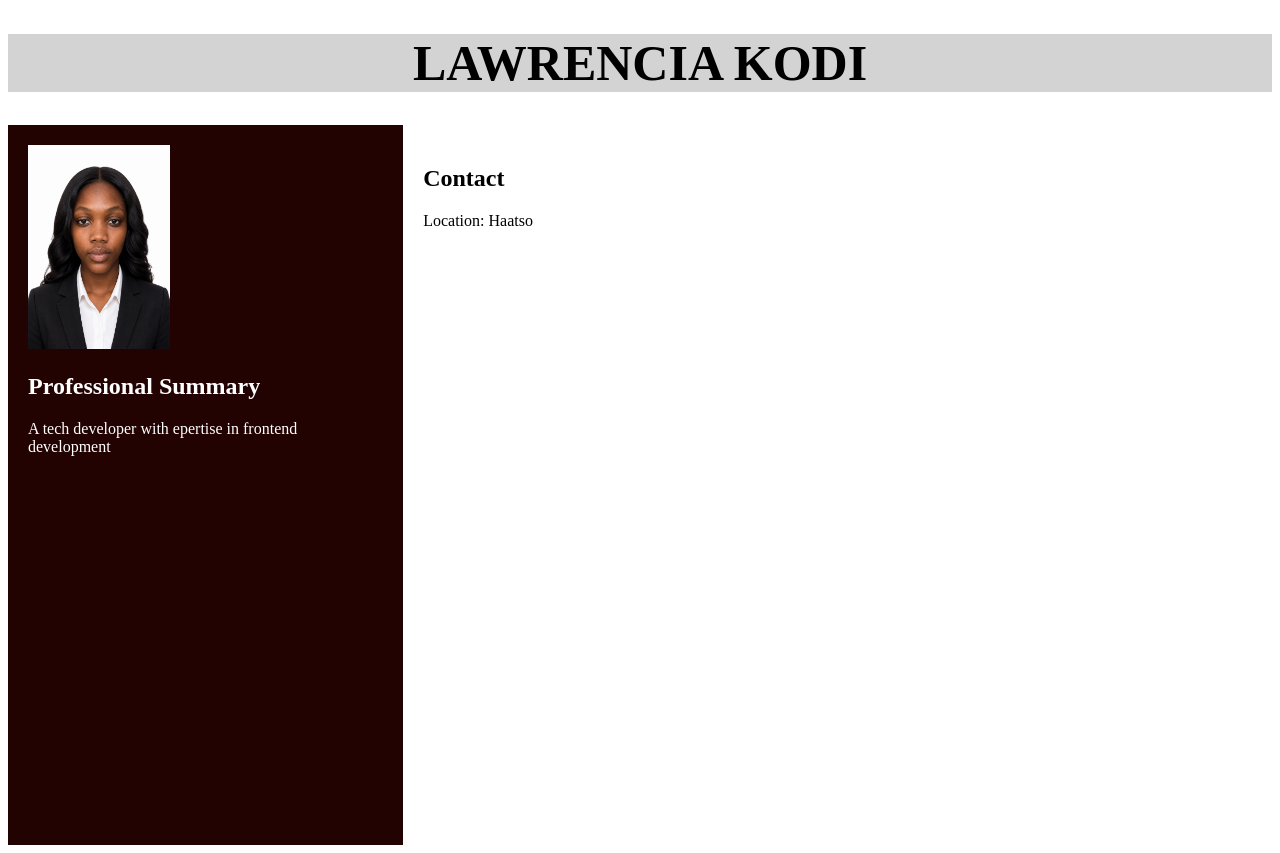
Repository: lawrencia-coder/T4G_CV
Page: index.html
An editor plug-in stored every save of this project. The page is shown before and after a run of saves, followed by the edit.
The browser window is 1280 px wide. The pictures show the whole page.
Some web libraries are served in a nearby version.

Above is the page before, as saved 2026-07-09 08:02:04.

After the next 3 saves:
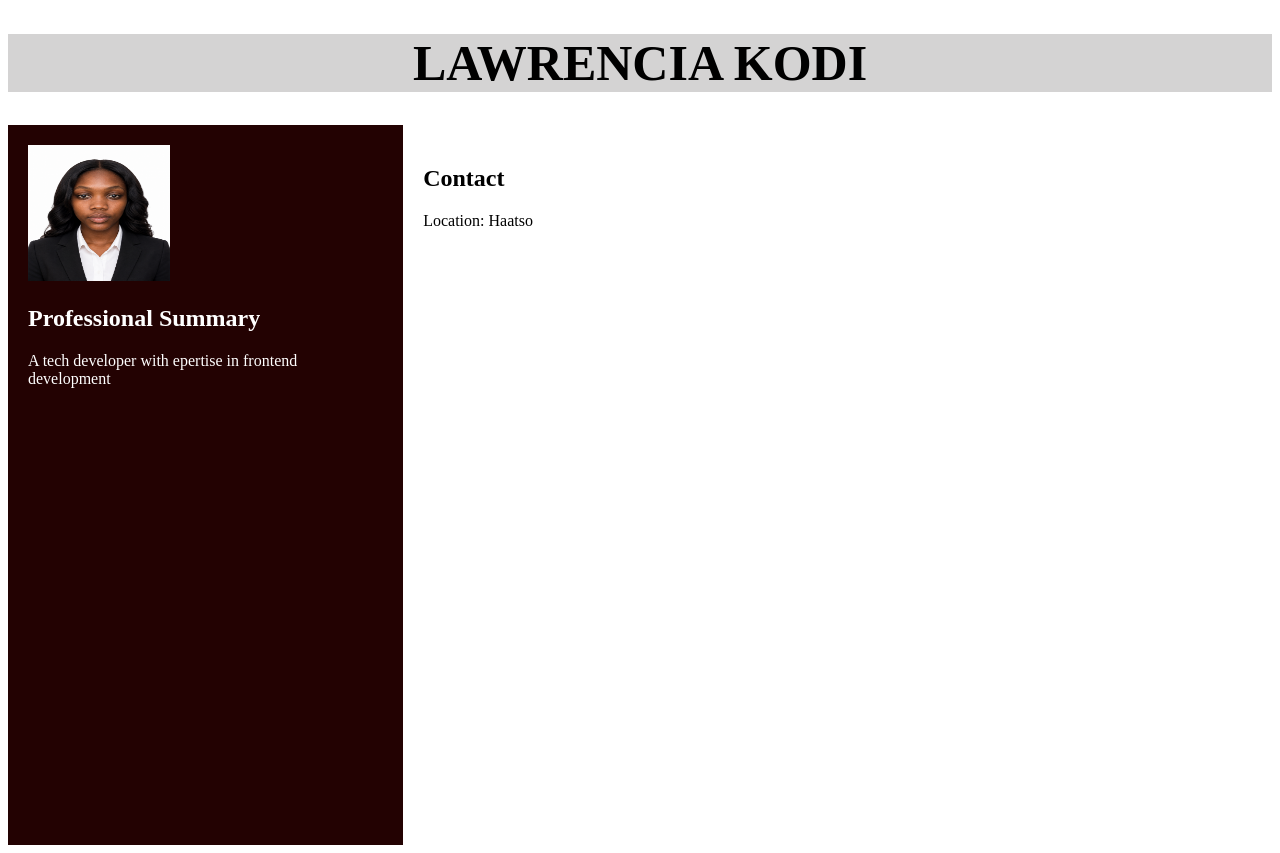
The 3 saves are shown as one change because they came seconds apart.
The last was saved 14 s later.
--- a/index.html
+++ b/index.html
@@ -11,7 +11,7 @@
     <h1>LAWRENCIA KODI</h1>
     <div class="cv-container">
         <div class="left-column">
-            <img src="images/passport pic 1.png" alt="" width="40%" height="30%">
+            <img src="images/passport pic 1.png" alt="" width="40%" height="20%">
             <h2>Professional Summary</h2>
               <p>A tech developer with epertise in frontend development</p>
         </div>
